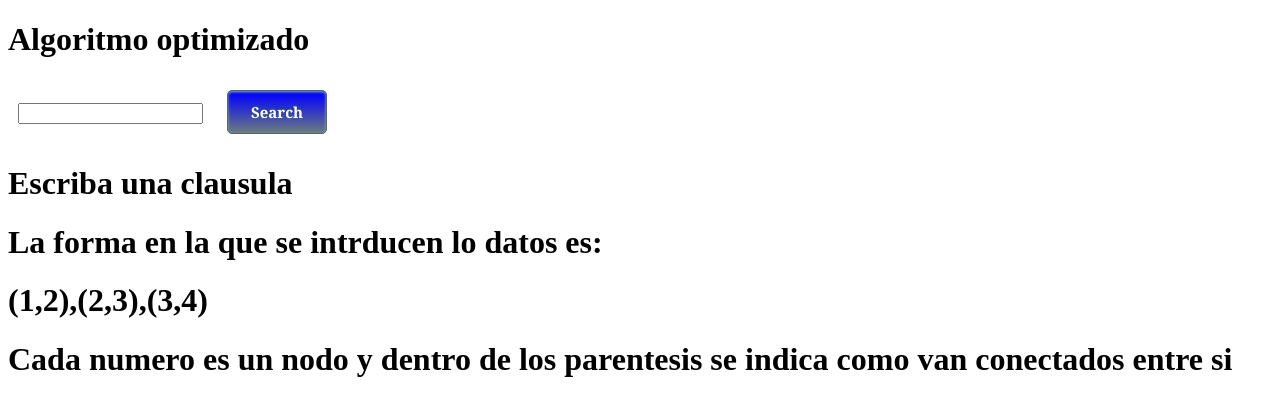
Repository: Amitkapadi/HamiltonianPath
Page: http://localhost/
The author's editor kept a record of every edit. The page is drawn from the files as they stood at one moment, then again after the next edit.
The browser window is 1280 px wide. The pictures show the whole page.
Some web libraries are served in a nearby version. The page is served by the project's application, run on Flask 3 (app.py).

Above is the page before.
Console error: SyntaxError: Unexpected token '{'

After the next edit:
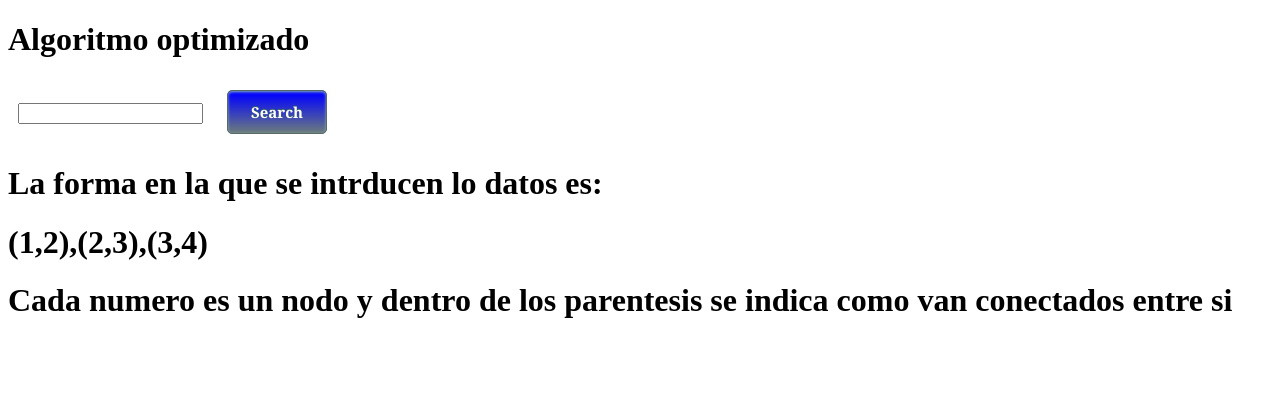
The edit:
--- a/app.py
+++ b/app.py
@@ -9,11 +9,11 @@
     if request.method == 'POST':
         clauses = request.form.get('clauses',False,type=str)
         if(not clauses):
-            return render_template('index.html',clausula = clauses,maxclique="Escriba una clausula")
-        maxclique = clique.create(str(clauses))
-        return render_template('index.html',clausula = clauses,maxclique = maxclique )
+            return render_template('index.html',clausula = clauses,hamiltonianpath="Escriba una clausula")
+        hamiltonianpath = hamiltonian.main(str(clauses))
+        return render_template('index.html',clausula = clauses,hamiltonianpath = hamiltonianpath )
     else:
-        return render_template('index.html',maxclique="Escriba una clausula")
+        return render_template('index.html',hamiltonianpath="Escriba una clausula")
 
 if __name__ == "__main__":
     app.run(host=os.getenv("IP", "0.0.0.0"),port=int(os.getenv("PORT", 8081)),debug=True)
